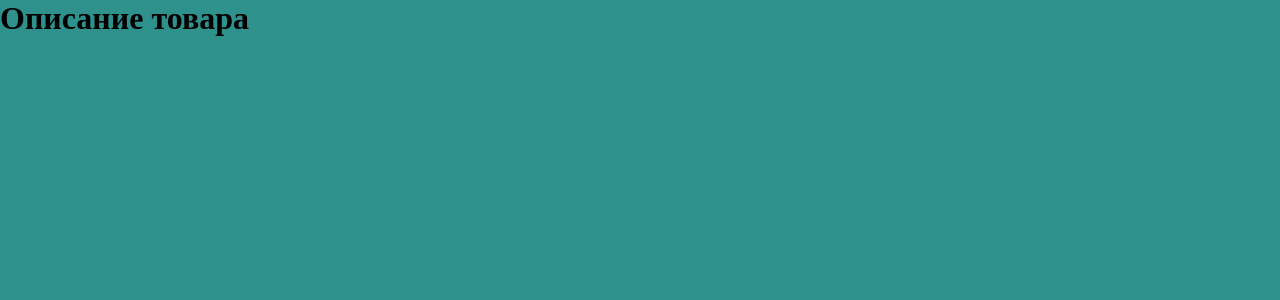
Repository: annamsklv/web
Page: seminar2_26.01/product page.html
The author's editor kept a copy of each file at every save. The page is drawn from the files as they stood at one save, then again after a run of saves.
The browser window is 1280 px wide. The pictures show the whole page.

Above is the page before, as saved 2023-02-01 18:57:14.

After the next 2 saves:
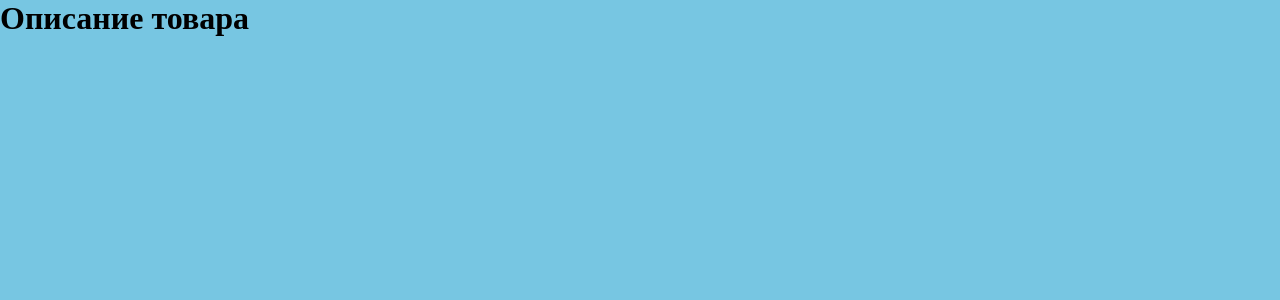
The 2 saves are shown as one change because they came seconds apart.
The last was saved 9 s later.
--- a/seminar2_26.01/product style.css
+++ b/seminar2_26.01/product style.css
@@ -4,5 +4,5 @@
 }
 
 body{
-    background-color: rgb(47, 145, 140);
+    background-color: rgb(119, 198, 226);
 }
